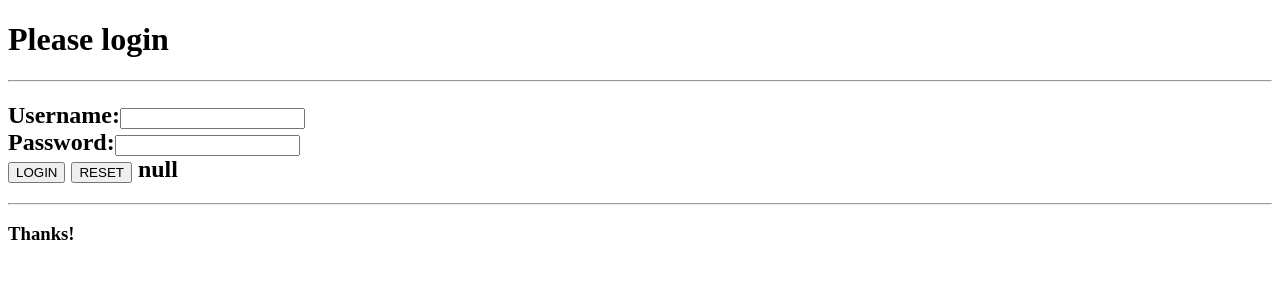
Repository: kesavarthini/week4
Page: http://localhost/spring_boot_demo/view/login.jsp
The author's editor kept a copy of each file at every save. The page is drawn from the files as they stood at one save, then again after the next save.
The browser window is 1280 px wide. The pictures show the whole page.
The page is served by Tomcat 9. Other server files are loaded and not shown.

Above is the page before, as saved 2019-07-22 08:58:18.

### spring_boot_demo/src/main/webapp/view/login.jsp
<%@ page language="java" contentType="text/html; charset=ISO-8859-1"
    pageEncoding="ISO-8859-1"%>
<!DOCTYPE html>
<html>
<head>
<meta charset="ISO-8859-1">
<title>Insert title here</title>
</head>
<body>
<h1>Please login</h1>
<hr>
<form action="verify">
<h2>
Username:<input type="text" name="user"><br>
Password:<input type="password" name="pwd"><br>
<input type="submit" name="submit" value="LOGIN">
<input type="reset" name="reset" value="RESET">
<%=session.getAttribute("user")%>
</h2>
</form>
<hr>
<h3> Thanks!</h3>
</body>
</html>

After the next save:
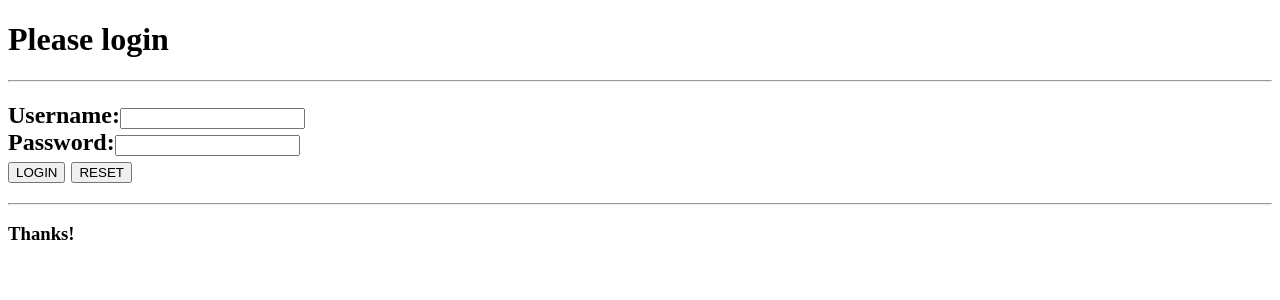
Saved 11 s later.
--- a/spring_boot_demo/src/main/webapp/view/login.jsp
+++ b/spring_boot_demo/src/main/webapp/view/login.jsp
@@ -15,7 +15,7 @@ Username:<input type="text" name="user"><br>
 Password:<input type="password" name="pwd"><br>
 <input type="submit" name="submit" value="LOGIN">
 <input type="reset" name="reset" value="RESET">
-<%=session.getAttribute("user")%>
+<!--<%=session.getAttribute("user")%>-->
 </h2>
 </form>
 <hr>
